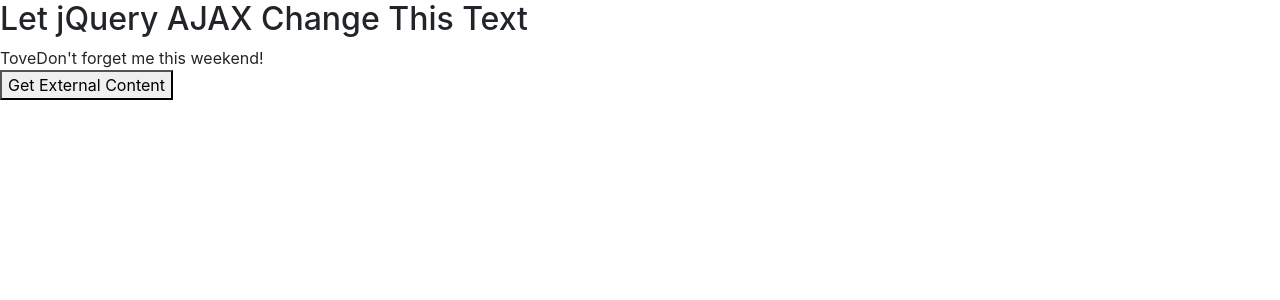
Repository: mindcafe/LiveDataDisplayFrontend
Page: LatestWorkspace/AlMark/WebContent/index2.html
The author's editor kept a copy of each file at every save. The page is drawn from the files as they stood at one save, then again after the next save.
The browser window is 1280 px wide. The pictures show the whole page.
After loading, the first visible `button` was clicked once.

Above is the page before, as saved 2018-07-01 00:28:02.

After the next save:
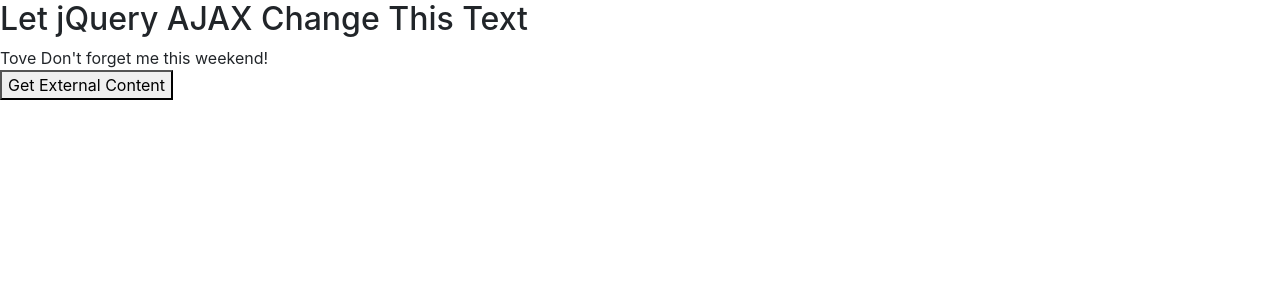
Saved 31 s later.
--- a/LatestWorkspace/AlMark/WebContent/index2.html
+++ b/LatestWorkspace/AlMark/WebContent/index2.html
@@ -22,7 +22,7 @@
            	var b = $(result).find('note').find('body').text();
            	/* console.log(s); */
 
-           	$('#div1').append(a + b);
+           	$('#div1').append(a + ' ' + b);
         	/* $("#div1").html(s); */
 
         }});
